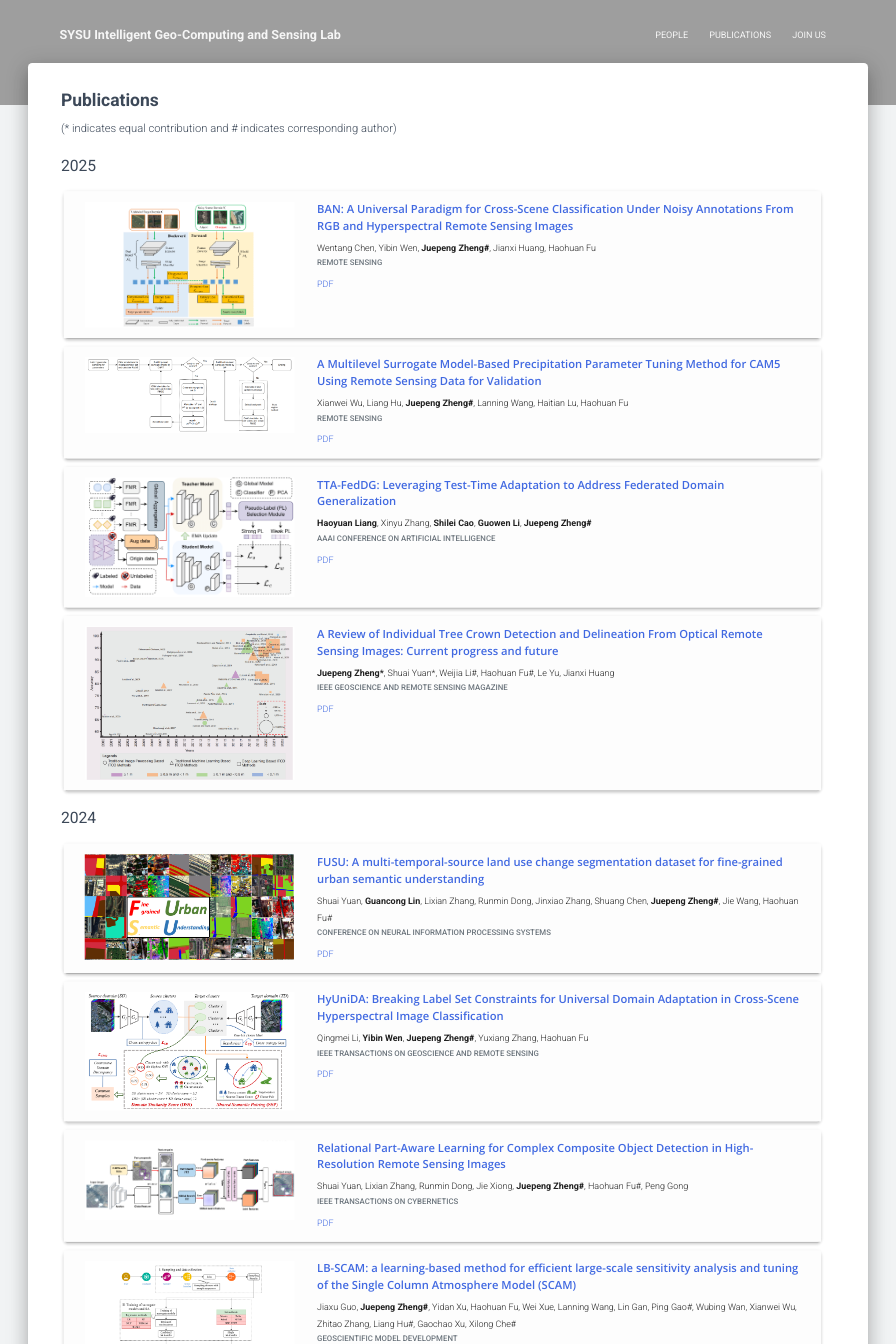
Repository: rssysu/rssysu.github.io
Page: pub.html
The author's editor kept a copy of each file at every save. The page is drawn from the files as they stood at one save, then again after the next save.
The browser window is 1280 px wide. The pictures show the part of the page from y = 0 to 1920 px (the page is 4822 px tall before and 4995 px after), at 70% of full size.
Pictures or frames that could not be fetched are drawn as grey boxes. Some web libraries are served in a nearby version.

Above is the page before, as saved 2025-03-21 23:16:33.

After the next save:
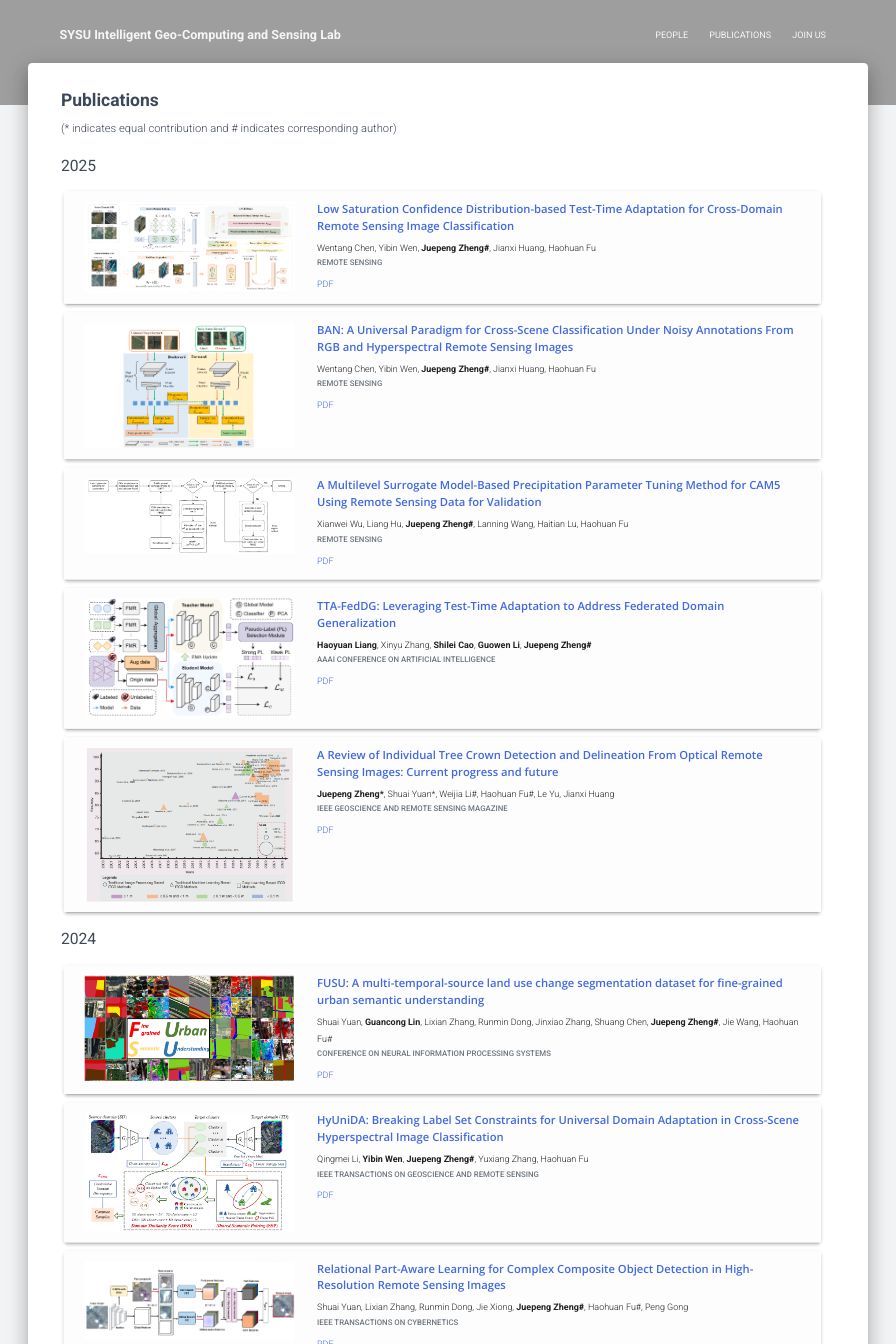
Saved 38 h 55 min later.
--- a/pub.html
+++ b/pub.html
@@ -75,6 +75,18 @@
         <div class="row-pub all">
           <div class="card" style="width: 97%;">
             <div class="card-body" style="background-color: rgb(253, 253, 253);">
+              <img class="card-pic-left" src="assets/paper/lsc.png" width=300px>
+              <h4 class="card-title" style="margin-top: -0.1em;"><a href="assets/paper/ban.pdf">Low Saturation Confidence Distribution-based Test-Time Adaptation for Cross-Domain Remote Sensing Image Classification</a>  </h4>
+              <p class="card-text">Wentang Chen, Yibin Wen, <b>Juepeng Zheng#</b>, Jianxi Huang, Haohuan Fu</p>
+              <h6 class="card-subtitle mb-2 text-muted">Remote Sensing</h6>
+              <a href="assets/paper/ams.pdf" target="_blank">PDF </a>
+            </div>
+          </div>
+        </div>
+
+        <div class="row-pub all">
+          <div class="card" style="width: 97%;">
+            <div class="card-body" style="background-color: rgb(253, 253, 253);">
               <img class="card-pic-left" src="assets/paper/ban.png" width=300px>
               <h4 class="card-title" style="margin-top: -0.1em;"><a href="assets/paper/ban.pdf">BAN: A Universal Paradigm for Cross-Scene Classification Under Noisy Annotations From RGB and Hyperspectral Remote Sensing Images</a>  </h4>
               <p class="card-text">Wentang Chen, Yibin Wen, <b>Juepeng Zheng#</b>, Jianxi Huang, Haohuan Fu</p>
